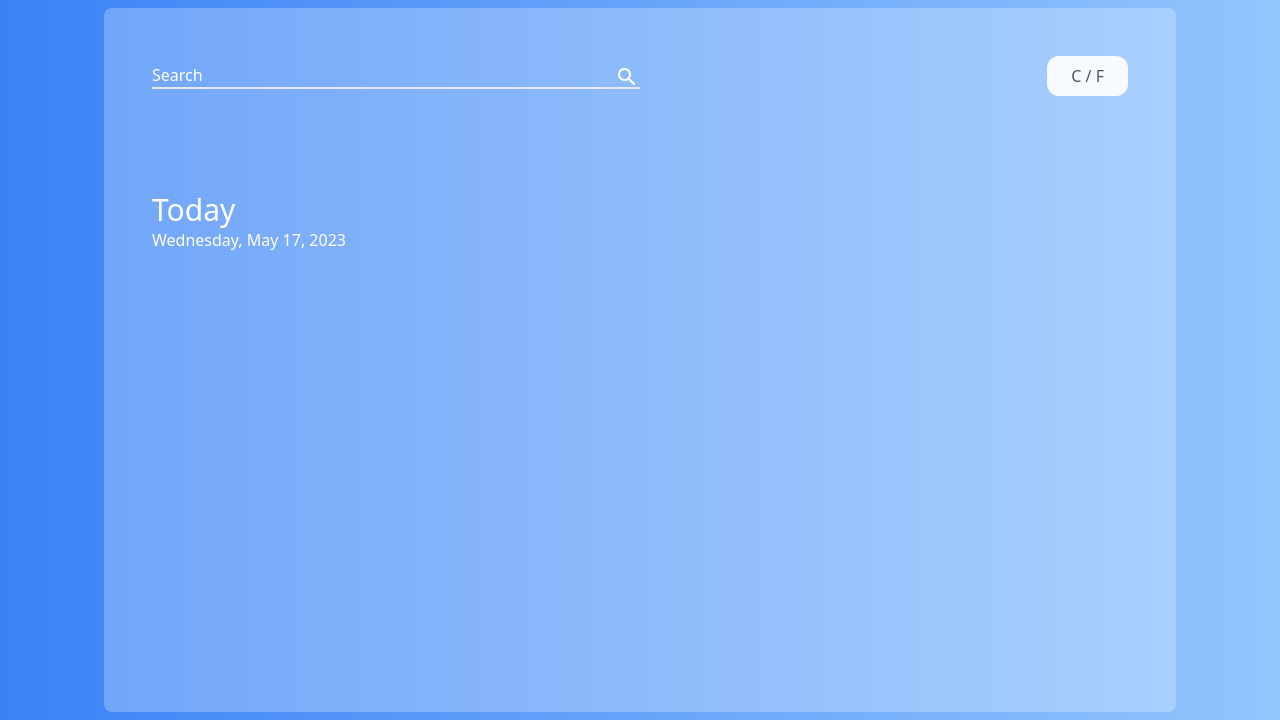
Repository: DevAntonioRogers/react-weatherapp-v2
Page: /
These files come from the project's save history. The page is drawn as it stood at one moment and after the next save; the edit follows.
The browser window is 1280 px wide. The pictures show the whole page.
The project was rebuilt for these pictures with package versions that can differ from the ones it lists, and the page was loaded fresh each time. The framework's server and built-in components were replaced by stand-ins that run in the browser. Also part of the build but not shown: next.config.js.

Above is the page before, as saved 2023-05-20 00:10:10.

After the next save:
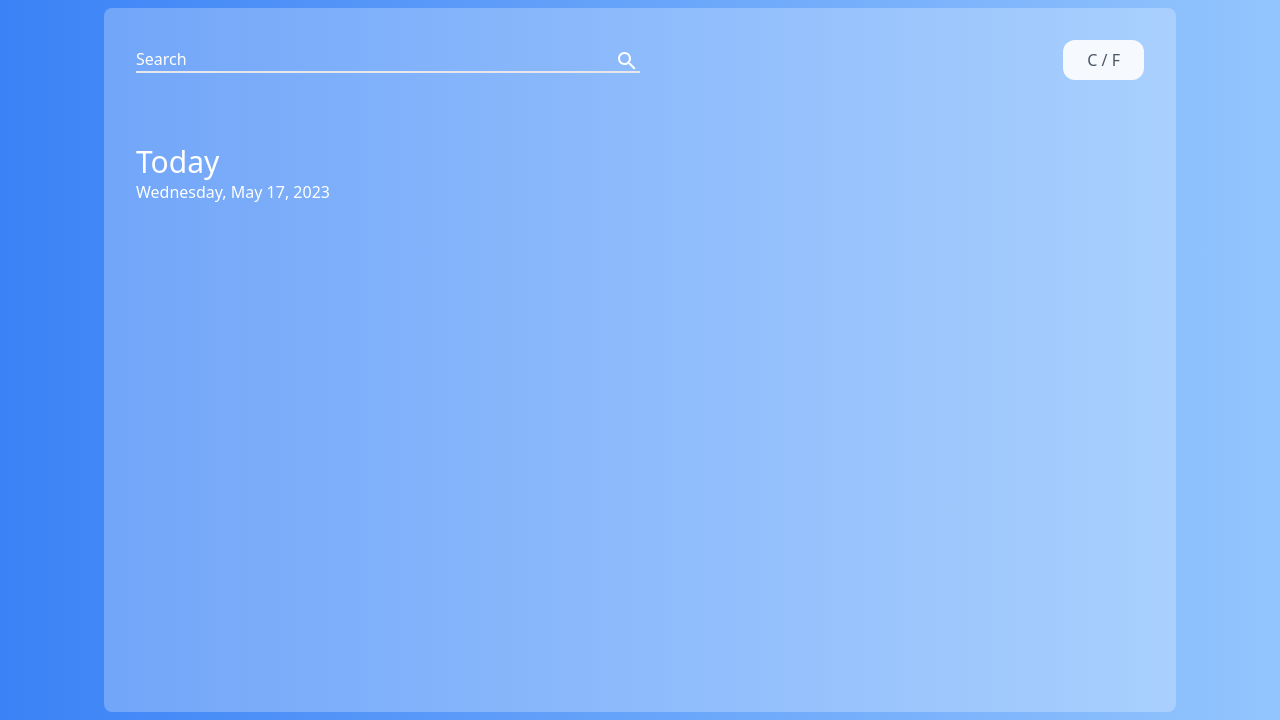
Saved 16 s later.
--- a/app/page.tsx
+++ b/app/page.tsx
@@ -37,13 +37,13 @@ export default function Home() {
     <div className="flex justify-center p-2 bg-cover h-screen bg-gradient-to-r from-blue-500 to-blue-300">
       <div className="bg-white/25 mx-24 w-full rounded-lg flex flex-col">
         {/* SEARCH AND DEGREE CONVERSION */}
-        <div className="flex justify-between items-center p-12">
+        <div className="flex justify-between items-center p-8">
           <Input handleSearch={handleSearch} location={location} setLocation={setLocation} />
           <Conversion />
         </div>
 
         {/* CURRENT WEATHER SECTION */}
-        <div className="flex p-12">
+        <div className="flex p-8">
           <Current data={data} />
         </div>
       </div>
